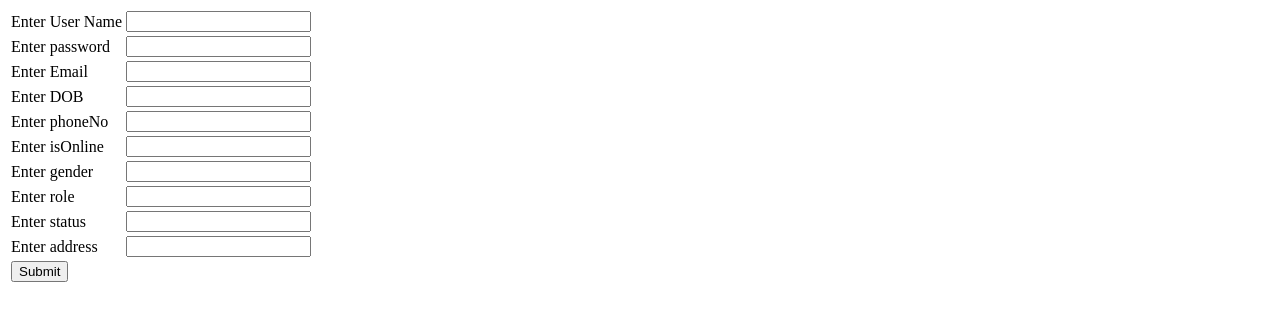
Repository: 123poornima/UpdatedSecondProject
Page: frontendPro/WebContent/_user/register.html
The author's editor kept a copy of each file at every save. The page is drawn from the files as they stood at one save, then again after the next save.
The browser window is 1280 px wide. The pictures show the whole page.

Above is the page before, as saved 2016-12-15 09:15:29.

After the next save:
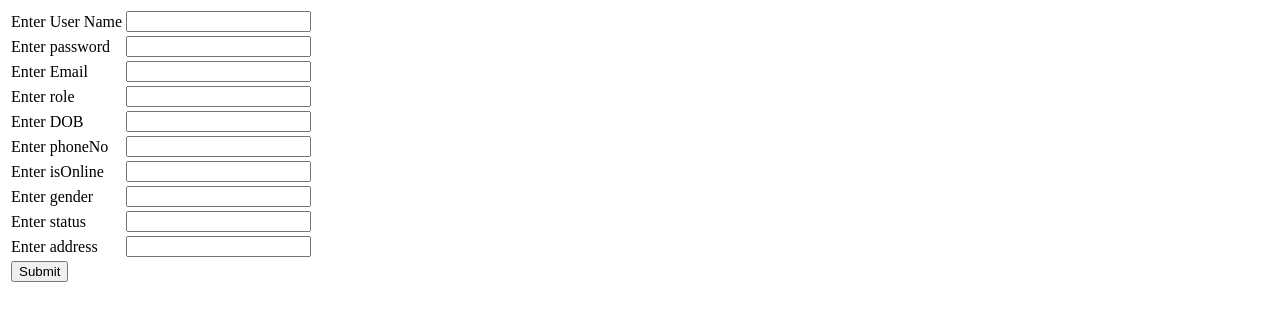
Saved 21 s later.
--- a/frontendPro/WebContent/_user/register.html
+++ b/frontendPro/WebContent/_user/register.html
@@ -22,6 +22,11 @@
 </tr>
 
 <tr>
+<td>Enter role</td>
+<td><input type="text" ng-model="user.role"></td>
+</tr>
+
+<tr>
 <td>Enter DOB</td>
 <td><input type="text" ng-model="user.dob"></td>
 </tr>
@@ -43,10 +48,7 @@
 <td><input type="text" ng-model="user.gender"></td>
 </tr>
 
-<tr>
-<td>Enter role</td>
-<td><input type="text" ng-model="user.role"></td>
-</tr>
+
 
 <tr>
 <td>Enter status</td>
